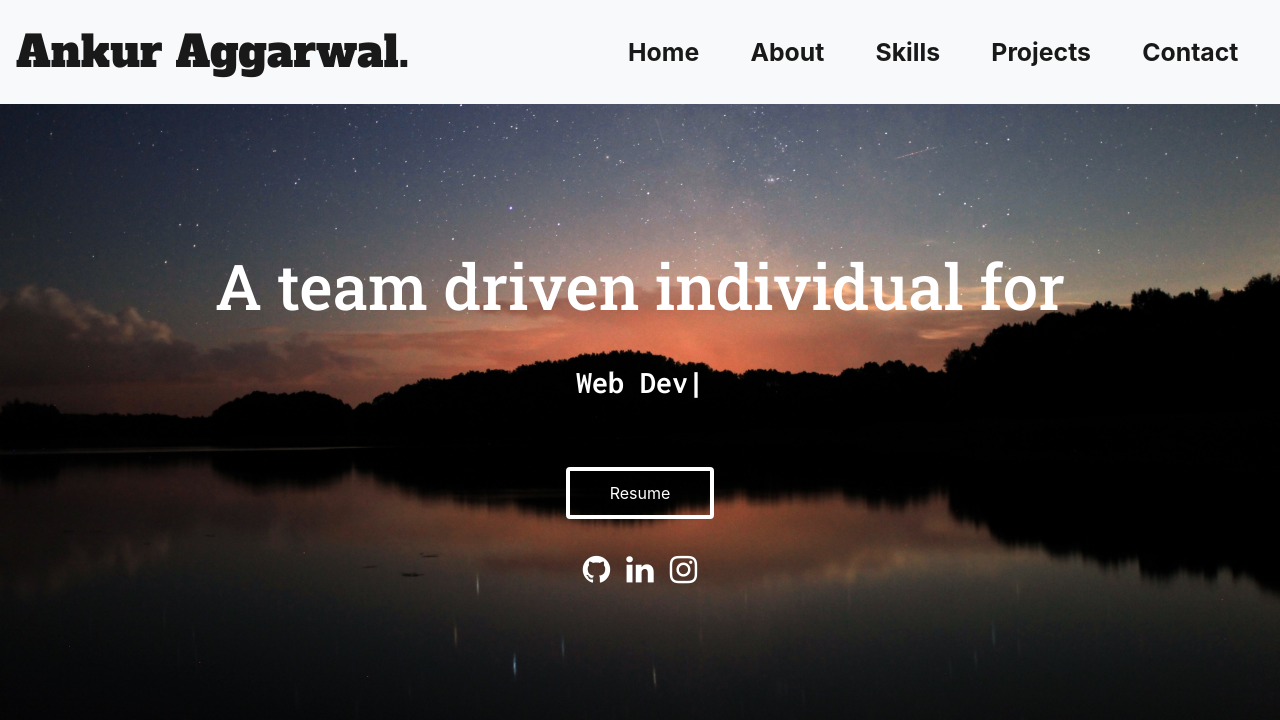
Repository: AnkurDevv/PersonalWebsite
Page: index.html
An editor plug-in stored every save of this project. The page is shown before and after the next save, followed by the edit.
The browser window is 1280 px wide. The pictures show the whole page.
Some web fonts or font styles are not loaded; a fallback is used.

Above is the page before, as saved 2020-09-13 16:10:45.

### index.html
<!DOCTYPE html>
<html>

<head>
  <meta charset="utf-8">
  <meta http-equiv="X-UA-Compatible" content="IE=edge">
  <title>Ankur Aggarwal</title>
  <meta name="description" content="">
  <meta name="viewport" content="width=device-width, initial-scale=1">
  <!-- FONT AWESOME FOR SOCIAL MEDIA ICONS -->
  <link rel="stylesheet" href="https://cdnjs.cloudflare.com/ajax/libs/font-awesome/4.7.0/css/font-awesome.min.css">
  <!-- Importing Bootstrap here -->
  <link rel="stylesheet" href="https://stackpath.bootstrapcdn.com/bootstrap/4.4.1/css/bootstrap.min.css"
    integrity="sha384-Vkoo8x4CGsO3+Hhxv8T/Q5PaXtkKtu6ug5TOeNV6gBiFeWPGFN9MuhOf23Q9Ifjh" crossorigin="anonymous">
  <!--CUSTOM CSS FOR THE PAGE  -->
  <link rel="stylesheet" href="./style/index.css">
  <!-- FOR COOL ANIMATION EFFECTS -->
  <link rel="stylesheet" href="./style/animate.css">
  <!-- FOR COOL TYPING EFFECTS -->
  <script src="https://cdn.jsdelivr.net/npm/typed.js@2.0.11"></script>
  <!-- FOR GOOGLE FONTS - START -->
  <!-- for main heading -->
  <link
    href="https://fonts.googleapis.com/css2?family=Merienda:wght@700&family=Pacifico&family=Roboto&family=Roboto+Slab:wght@500&display=swap"
    rel="stylesheet">
  <!-- For Sub heading -->
  <link
    href="https://fonts.googleapis.com/css2?family=Inconsolata:wght@700&family=Merienda:wght@700&family=Pacifico&family=Roboto&family=Roboto+Slab:wght@500&display=swap"
    rel="stylesheet">
  <!-- For Navbar Logo -->
  <link href="https://fonts.googleapis.com/css2?family=Alfa+Slab+One&display=swap" rel="stylesheet">
  <!-- FOR GOOGLE FONTS - END -->
</head>

<body>
  <header>
    <nav class="navbar navbar-expand-lg navbar-light bg-light">
      <a class="navbar-brand" id="Brand-logo">Ankur Aggarwal.</a>
      <button class="navbar-toggler" type="button" data-toggle="collapse" data-target="#navbarNav"
        aria-controls="navbarNav" aria-expanded="false" aria-label="Toggle navigation">
        <span class="navbar-toggler-icon"></span>
      </button>
      <div class="collapse navbar-collapse" id="navbarNav">
        <ul class="navbar-nav">
          <li class="nav-item active">
            <a class="nav-link" href="#">Home</a>
          </li>
          <li class="nav-item active">
            <a class="nav-link" href="#">About</a>
          </li>
          <!-- <li class="nav-item active">
            <a class="nav-link" href="#">Why Me?</a>
          </li> -->
          <li class="nav-item active">
            <a class="nav-link" href="#">Skills</a>
          </li>
          <li class="nav-item active">
            <a class="nav-link" href="#">Projects</a>
          </li>
          <li class="nav-item active">
            <a class="nav-link" href="#">Contact</a>
          </li>
        </ul>
      </div>
    </nav>


    <!-- FIRST IMPRESSION SECTION - START -->
    <section class="first-impression-section">
      <div class="row first-impression-row">
        <h1 class="text-center animated fadeInDown" id="MainNameHeading">A team driven individual for
        </h1>
      </div>
      <div class="row">
        <h3 id="MainSubHeading">
          <span id="typed" style="white-space:pre;"></span>
          <!-- <span class="typed-cursor typed-cursor--blink">|</span> -->
        </h3>
      </div>

      <!-- RESUME BUTTON - START -->
      <div class="row" id="ResumeDiv">
        <a type="button" href="https://drive.google.com/file/d/129eEq26ATzqey1-hpHnRXs40bzbBVkSX/view?usp=sharing"
          target="blank" class="btn btn-primary" id="ResumeBtn">Resume</a>
      </div>
      <!-- RESUME BUTTON - END -->

      <!-- SOCIAL LINKS -->
      <div class="socialLinksDiv">
        <!-- github link -->
        <a href="https://github.com/AnkurDevv" target="blank" class="social-link"><i
            class="fa fa-github fa-2x text-white"></i></a>
        <!-- linkedin link -->
        <a href="https://www.linkedin.com/in/ankur-aggarwal2112/" target="blank" class="social-link"><i
            class="fa fa-linkedin fa-2x text-white"></i></a>
        <!-- instagram link -->
        <a href="https://www.linkedin.com/in/ankur-aggarwal2112/" target="blank" class="social-link"><i
            class="fa fa-instagram fa-2x text-white"></i></a>
      </div>

    </section>
    <!-- FIRST IMPRESSION SECTION - END -->


  </header>

  <script>
    // JS FOR COOL TYPING EFFECT USING TYPE.JS -  START
    var options = {
      strings: ['Web Development.', 'Software Engineering.', 'Product Development.'],
      typeSpeed: 100,
      loop: true,
      backDelay: 800,
      backSpeed: 80,
      startDelay: 1000,
    };
    var typed = new Typed('#typed', options);
// JS FOR COOL TYPING EFFECT USING TYPE.JS -  END
  </script>

  <!-- NECESSARY JS FOR BOOTSTRAP - START -->
  <script src="https://code.jquery.com/jquery-3.4.1.slim.min.js"
    integrity="sha384-J6qa4849blE2+poT4WnyKhv5vZF5SrPo0iEjwBvKU7imGFAV0wwj1yYfoRSJoZ+n"
    crossorigin="anonymous"></script>
  <script src="https://cdn.jsdelivr.net/npm/popper.js@1.16.0/dist/umd/popper.min.js"
    integrity="sha384-Q6E9RHvbIyZFJoft+2mJbHaEWldlvI9IOYy5n3zV9zzTtmI3UksdQRVvoxMfooAo"
    crossorigin="anonymous"></script>
  <script src="https://stackpath.bootstrapcdn.com/bootstrap/4.4.1/js/bootstrap.min.js"
    integrity="sha384-wfSDF2E50Y2D1uUdj0O3uMBJnjuUD4Ih7YwaYd1iqfktj0Uod8GCExl3Og8ifwB6"
    crossorigin="anonymous"></script>
  <!-- NECESSARY JS FOR BOOTSTRAP - END -->

  <!-- ADDING JQUERY - START -->
  <script src="https://ajax.googleapis.com/ajax/libs/jquery/3.5.1/jquery.min.js"></script>
  <!-- ADDING JQUERY - END -->

  <!-- CUSTOM JS FOR THE PAGE - START  -->
  <script src="index.js"></script>
  <!-- CUSTOM JS FOR THE PAGE - END  -->
</body>

</html>

### style/index.css
body{
  margin-left: 0;
  margin-right: 0;
}

/* NAVBAR CSS - START */

#Brand-logo{
  font-family: 'Alfa Slab One', cursive;
  font-size: 270%;
}

.navbar-nav{
  margin-left: auto;
}

.nav-link{
  font-size: 155%;
  font-weight: 700;
  padding: 2vw!important;
}

@media only screen and (max-width: 992px) {
  .nav-link{
    text-align: center;
  }
}

@media only screen and (max-width: 600px) {

  #Brand-logo{
    font-size: 140%;
  }

  .navbar-nav{
    height: 100vh;
  }

  .nav-link{
    margin: 5vh auto;
  }

}

/* NAVBAR CSS - END */

/* FIRST IMPRESSION SECTION CSS - START */
header{
  height: 100vh; /* Takes 100% of the screen size */
  background-image:url(../images/sunset_skyline_lake_reflection_114025_1920x1080.jpg);
  -webkit-background-size: cover;
  background-position: center;
  overflow: hidden;
}

#MainNameHeading{
  margin: 0 auto;
  margin-top: 20vh;
  font-size: 395%;
  color: white;
  font-family: 'Roboto Slab', serif;
  padding-bottom: 3%;
}

#MainSubHeading{
  margin: 0 auto;
  color: white;
  text-align: -webkit-center;
  font-family: 'Inconsolata', monospace;
  font-size: xx-large;
}

#ResumeBtn{
  -webkit-appearance: button;
  -moz-appearance: button;
  appearance: button;
  margin: 5% auto;
  margin-bottom: 2%;
  padding: 10px 3%;
  background-color: transparent;
  border: 4px solid white;
}

#ResumeBtn:hover{
  background-color: white;
  color: black;
  font-weight: 700;
  font-size: 130%;
}

.socialLinksDiv{
  display: flex;
  justify-content: center;
}

.social-link{
  margin: 8px;
}


@media only screen and (max-width: 600px) {
  #MainNameHeading{
    font-size: 300%;
    margin-top: 13vh;
  }
  #MainSubHeading{
    font-size: x-large;
  }
}
/* FIRST IMPRESSION SECTION CSS - ENDS */

### index.js
// CHANGING NAVBAR COLOR WHEN A USER HOVERS OVER A LINK
$(document).ready(function () {

  // makes nav transparent when user hovers on a link
  $(".nav-link").hover(function () {
    $('.navbar').addClass('bg-dark').removeClass('bg-light');
    $('#Brand-logo').css("color", "white");
    $('.nav-link').css("color", "white");
    $('.navbar-toggler').css("color", "white");
  });

  // makes nav non-transparent when user hovers on a link
  $(".navbar").mouseleave(function () {
    $('.navbar').addClass('bg-light').removeClass('bg-dark');
    $('#Brand-logo').css("color", "black");
    $('.nav-link').css("color", "black");
    $('.navbar-toggler').css("color", "black");
  });

});

Loaded but not shown: style/animate.css (library)

After the next save:
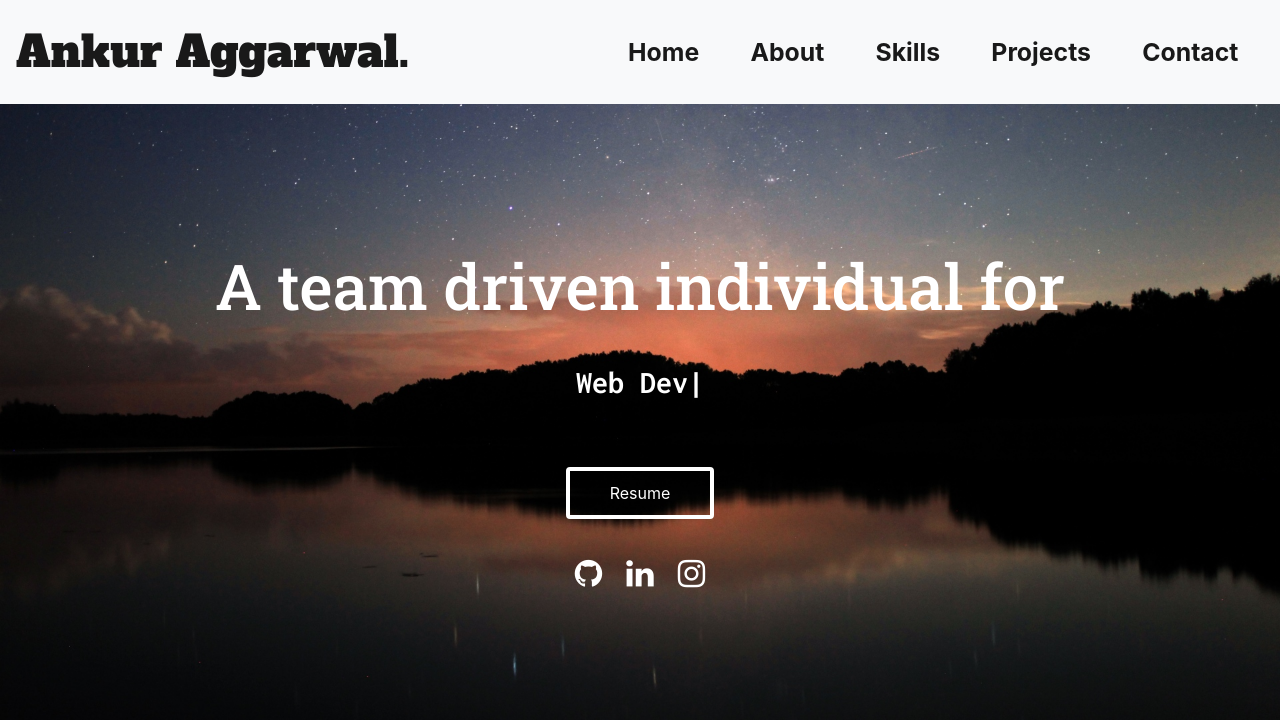
Saved 41 s later.
--- a/style/index.css
+++ b/style/index.css
@@ -94,7 +94,7 @@ header{
 }
 
 .social-link{
-  margin: 8px;
+  margin: 12px;
 }
 
 
